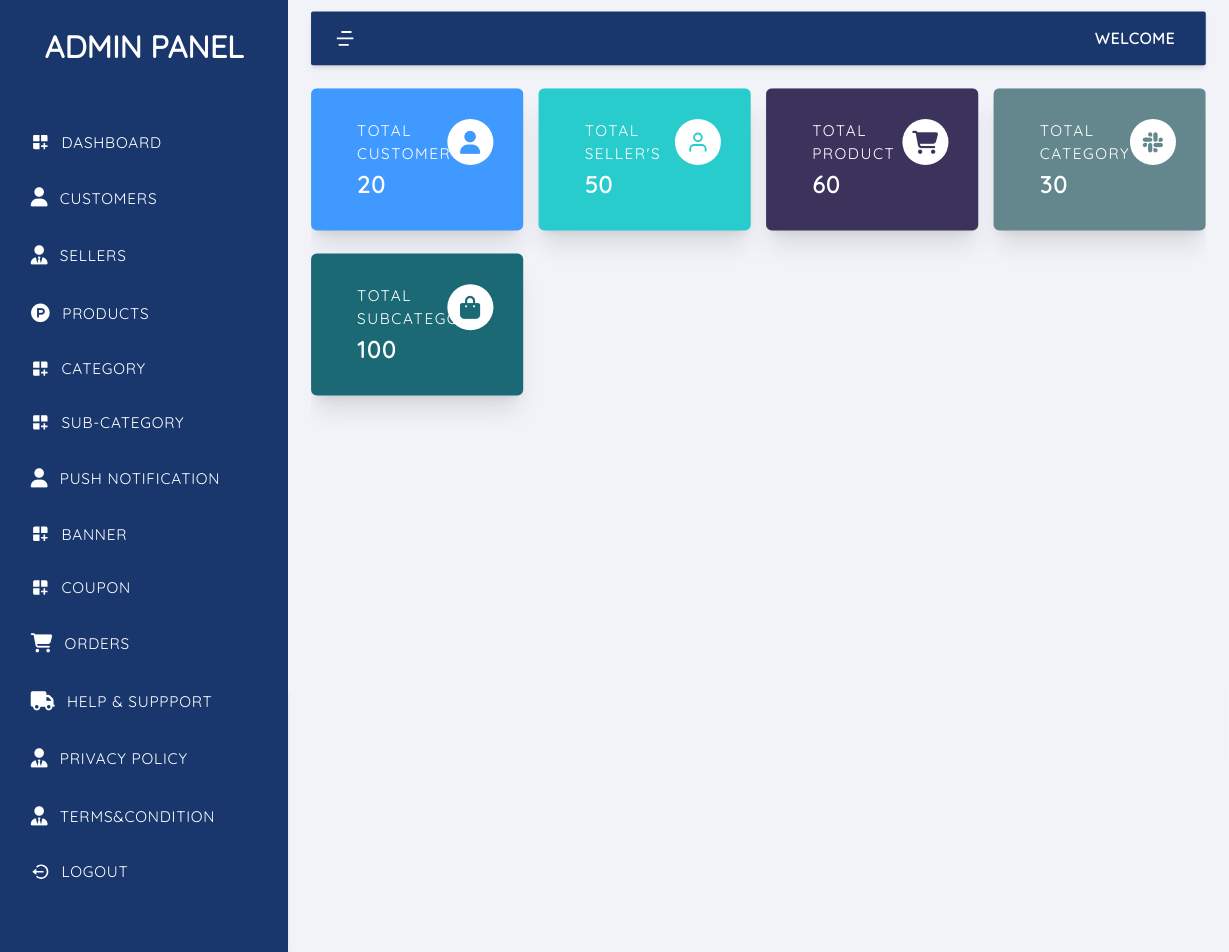
Repository: shishpal2000/admin.aschpro
Page: /dashboard
An editor plug-in stored every save of this project. The page is shown before and after the next save, followed by the edit.
The browser window is 1280 px wide. The pictures show the whole page, at 96% of full size.
Some web libraries are served in a nearby version. The project was rebuilt for these pictures with package versions that can differ from the ones it lists, and the page was loaded fresh each time. Also part of the build but not shown: src/E-CommerceAdmin/forms/Login.jsx, src/E-CommerceAdmin/pages/ECategory.js, src/E-CommerceAdmin/pages/EProduct.js, src/E-CommerceAdmin/pages/EVendorList.js, src/E-CommerceAdmin/pages/EAdminOrders.js, src/E-CommerceAdmin/pages/EAdminDelivery.js, src/E-CommerceAdmin/pages/EAdminCustomer.js, src/E-CommerceAdmin/pages/ESubCategory.js and 6 more. Imported but missing from the stored project, and not drawn on this page: src/E-CommerceAdmin/pages/Complaints, src/E-CommerceAdmin/pages/Component/SpinnerComp, src/E-CommerceAdmin/pages/EAdmin, src/E-CommerceAdmin/pages/EAdminProduct, src/E-CommerceAdmin/pages/ESingleProduct, src/E-CommerceAdmin/pages/GetMeThis, src/E-CommerceAdmin/pages/HelpSupport.

Above is the page before, as saved 2023-06-28 18:01:54.

### public/index.html
<!-- @format -->

<!DOCTYPE html>
<html lang="en">
  <head>
    <meta charset="utf-8" />
    <meta name="viewport" content="width=device-width, initial-scale=1" />
    <meta name="theme-color" content="#000000" />
    <meta
      name="description"
      content="Web site created using create-react-app"
    />
    <link rel="icon" href="%PUBLIC_URL%/favicon.png" />
    <link rel="manifest" href="%PUBLIC_URL%/manifest.json" />
    <link rel="preconnect" href="https://fonts.googleapis.com" />
    <link rel="preconnect" href="https://fonts.gstatic.com" crossorigin />
    <link
      href="https://fonts.googleapis.com/css2?family=Roboto+Mono:ital,wght@1,300&display=swap"
      rel="stylesheet"
    />
    <link rel="preconnect" href="https://fonts.googleapis.com">
<link rel="preconnect" href="https://fonts.gstatic.com" crossorigin>
<link href="https://fonts.googleapis.com/css2?family=Quicksand&display=swap" rel="stylesheet">
    <title>Subharambh</title>
  </head>
  <body>
    <noscript>You need to enable JavaScript to run this app.</noscript>
    <div id="root"></div>
    <script src="https://code.jquery.com/jquery-3.6.0.min.js"></script>
    <script
      src="https://kit.fontawesome.com/b533b351e4.js"
      crossorigin="anonymous"
    ></script>
    <script
      type="module"
      src="https://unpkg.com/ionicons@7.1.0/dist/ionicons/ionicons.esm.js"
    ></script>
    <script
      nomodule
      src="https://unpkg.com/ionicons@7.1.0/dist/ionicons/ionicons.js"
    ></script>
  </body>
</html>

### src/index.js
import React from "react";
import ReactDOM from "react-dom/client";
import "./index.css";
import App from "./App";
import { BrowserRouter } from "react-router-dom";
import 'bootstrap/dist/css/bootstrap.min.css'

const root = ReactDOM.createRoot(document.getElementById("root"));
root.render(
  <React.StrictMode>
    <BrowserRouter>
      <App />
    </BrowserRouter>
  </React.StrictMode>
);

### src/index.css
/** @format */

@tailwind base;
@tailwind components;
@tailwind utilities;

@import url("https://fonts.googleapis.com/css2?family=Roboto+Mono:ital,wght@1,300&display=swap");
@font-face {
  font-family: Roboto;
  src: url("./Fonts/Poppins-LightItalic.ttf");
}

body {
  margin: 0;
  font-family: Quicksand !important;
  -webkit-font-smoothing: antialiased;
  -moz-osx-font-smoothing: grayscale;
}

code {
  font-family: Quicksand !important;
}

html {
  font-family: Quicksand !important;
}

::-webkit-scrollbar {
  width: 10px;
}
.fa-trash {
  color: red;
  cursor: pointer;
}

.iCOn {
  transition: 0.5s;
  box-shadow: none;
  transform: scale(1);
}
.cardDiv {
  cursor: pointer;
}

.cardDiv:hover .iCOn {
  box-shadow: rgba(0, 0, 0, 0.35) 0px 5px 15px;
  transform: scale(1.3);
}

/* Track */
::-webkit-scrollbar-track {
  background: #f1f1f1;
}

/* Handle */
::-webkit-scrollbar-thumb {
  background: #888;
}

/* Handle on hover */
::-webkit-scrollbar-thumb:hover {
  background: #555;
}
.profileImage {
  width: 100px;
}
.fa-eye {
  color: #029aff;
  cursor: pointer;
}
.fa-edit {
  cursor: pointer;
  color: blue;
}

.View {
  border: 1px solid black;
  width: 100%;
  padding: 10px;
}

.main-card--container {
  display: grid;
  grid-template-columns: repeat(3, minmax(300px, 500px));
  grid-gap: 50px;
  justify-content: space-around;
}
.card-container {
  margin: 25px 0 auto;
  box-shadow: rgba(0, 0, 0, 0.35) 0px 5px 15px;
  position: relative;
  display: grid;
  grid-template-columns: 1fr;
  justify-content: space-around;
  align-items: flex-start;
}

.myEdit:focus {
  box-shadow: rgba(0, 0, 0, 0.35) 0px 5px 15px;
}

.AstroLogin {
  color: #fff;
  background-color: #2b7a8e;
  padding: 10px;
  width: 380px;
  text-align: center;
  font-size: 20px;
  background: linear-gradient(to left, #2b7a8e 50%, #fff 50%) right;
  background-size: 200%;
  transition: 0.5s ease-out;
  border: 1px solid #2b7a8e;
  margin-top: 10px;
  text-transform: uppercase;
}
.AstroLogin:hover {
  background-position: left;
  color: #2b7a8e;
}

.EcommerceAdminLogin {
  color: #fff;
  background-color: #19376d;
  padding: 10px;
  width: 380px;
  text-align: center;
  font-size: 20px;
  background: linear-gradient(to left, #19376d 50%, #fff 50%) right;
  background-size: 200%;
  transition: 0.5s ease-out;
  border: 1px solid #19376d;
  margin-top: 10px;
  text-transform: uppercase;
}

.EcommerceAdminLogin:hover {
  background-position: left;
  color: #19376d;
}
.EcommerceVendorLogin {
  color: #fff;
  background-color: #576cbc;
  padding: 10px;
  width: 380px;
  text-align: center;
  font-size: 20px;
  background: linear-gradient(to left, #576cbc 50%, #fff 50%) right;
  background-size: 200%;
  transition: 0.5s ease-out;
  border: 1px solid #576cbc;
  margin-top: 10px;
  text-transform: uppercase;
}

.EcommerceVendorLogin:hover {
  background-position: left;
  color: #576cbc;
}

.view {
  background-color: #2196f3;
  color: #fff;
  width: 50%;
  padding: 5px;
}

.two-sec {
  display: flex;
  justify-content: space-evenly;
  justify-content: space-evenly;
}
.two-sec .left {
  width: 60%;
  background-color: #f6f1ef;
  padding: 20px;
}
.two-sec .left .head {
  font-size: 25px;
  font-weight: bold;
}

.two-sec .right {
  width: 30%;
  background-color: #f6f1ef;
}

.searchDiv {
  width: 100%;
  display: flex;
  gap: 10px;
  border: 1px solid rgb(179, 179, 179);
  padding: 10px;
  margin-bottom: 20px;
  align-items: center;
}
.searchDiv input {
  width: 94%;
  outline: none;
  border: none;
}

.flexCont {
  display: flex;
  align-items: center;
  gap: 10px;
}
.flexCont img {
  width: 60px;
  background-color: #e9ecef;
}

.blockContent {
  display: block;
}
.blockContent p {
  margin: 0;
}

.checkBox {
  width: 50px;
  height: 25px;
  background-color: #e9ecef;
  border-radius: 50px;
  position: relative;
  cursor: pointer;
}
.checkBox span {
  width: 20px;
  height: 20px;
  border-radius: 100%;
  background-color: #fff;
  position: absolute;
  left: 5px;
  top: 2px;
}
.ActivecheckBox {
  width: 50px;
  height: 25px;
  background-color: #0d6efd;
  border-radius: 50px;
  position: relative;
  cursor: pointer;
}
.ActivecheckBox span {
  width: 20px;
  height: 20px;
  border-radius: 100%;
  background-color: #fff;
  position: absolute;
  right: 5px;
  top: 2px;
}

.fa-eye {
  color: #0cba73;
  text-align: center;
}

.fa-pen-to-square {
  color: #f4c39c;
  text-align: center;
  cursor: pointer;
}
.fa-trash {
  color: #df939f;
  text-align: center;
}

.required {
  color: #e74260;
}

.headP {
  margin-left: 2%;
  color: #7b7c7d;
}
.headP a{
  color: #7b7c7d;
}
.filterBox {
  display: flex;
  align-items: center;
  gap: 10px;
  border-bottom: 1px solid #d4d7dc;
  padding-bottom: 20px;
  margin-bottom: 20px;
}
.filterBox img {
  width: 30px;
}
.filterBox input {
  width: 100%;
  border: 1px solid #d4d7dc;
  outline: none;
  padding: 5px;
  color: black;
}
.sectionCont {
  width: 98%;
  background-color: #fff;
  margin-left: 2%;
  padding: 20px;
}

.overFlowCont {
  width: 100%;
  overflow-x: auto;
}

.logo {
  width: auto;
  margin-bottom: 20px;
}

.updateProfile {
  margin-left: 20px;
  border: 1px solid #fff;
  border-radius: 100%;
  font-size: 1.2rem;
  padding: 10px;
  transition: 0.5s;
  cursor: pointer;
}
.updateProfile:hover {
  border: 1px solid #19376d;
  color: #19376d;
  background-color: #fff;
}

.Normalbtn {
  background-color: #19376d !important;
  border: 1px solid #19376d !important;
  border-radius: 0px !important;
}

.ImageCarousel {
  width: 150px !important;
  margin: 0px !important;
  height: 150px !important;
}
.CarouselImages {
  width: 150px !important;
  height: 150px !important;
}
.CarouselImages img {
  width: 100% !important;
  height: 100% !important;
}

.ModalCarousel {
  width: 100% !important;
  height: 500px !important;
}
.ModalCarousel {
  width: 100% !important;
  height: 500px !important;
}
.ModalCarousel img {
  width: 100% !important;
  height: 500px !important;
}

.gridCont {
  display: grid;
  grid-template-columns: auto auto auto;
  justify-content: space-evenly;
}
.gridCont div {
  width: 400px;
  height: 100%;
  box-shadow: rgba(0, 0, 0, 0.35) 0px 5px 15px;
  padding: 10px;
  margin-top: 20px;
  display: flex;
  justify-content: space-between;
  flex-direction: column;
}
.gridCont div img {
  width: 100%;
}
.delete-Btn {
  width: 90%;
  margin-left: 5%;
  color: #c44b3f;
  border: 1px solid #c44b3f;
  transition: 0.5s;
  padding: 10px;

}

.delete-Btn:hover {
  background-color: #c44b3f;
  color: #fff;
}

.BannerCarousel {
  width: 300px;
  margin: 0px !important;
}
.BannerCarouselImage {
  width: 300px;
}
.BannerCarouselImage img {
  width: 100%;
}

.pagination {
  display: flex;
  justify-content: center;
  align-items: center;
  gap: 10px;
  margin-bottom: 20px;
}
.pagination button {
  border: 1px solid black;
  padding: 10px;
}

.activePage {
  background-color: #19376d;
  color: #fff;
  border: 1px solid #19376d !important;
}

.active {
  background-color: #fff;
  color: #19376d !important;
}
.prevBtn {
  background-color: #fff;
  color: #19376d;
  border: 1px solid #19376d !important;
  transition: 0.5s;
}

.prevBtn:hover,
.prevBtn:focus,
.prevBtn:active {
  background-color: #19376d;
  color: #fff;
  border: 1px solid #19376d !important;
}
.nextBtn {
  background-color: #fff;
  color: #19376d;
  border: 1px solid #19376d !important;
  transition: 0.5s;
}

.nextBtn:hover,
.nextBtn:focus,
.nextBtn:active {
  background-color: #19376d;
  color: #fff;
  border: 1px solid #19376d !important;
}

.dangerBox {
  position: relative;
}
.dangerBox i {
  position: absolute;
  top: 50%;
  left: 90%;
  transform: translate(-50%, -50%);
  cursor: pointer;
}

.fa-ellipsis-vertical {
  cursor: pointer;
}

.two_Sec_Div {
  display: flex;
  align-items: center;
  gap: 10px;
}
.two_Sec_Div a {
  color: #000;
  text-decoration: none;
}
.two_Sec_Div p {
  margin: 0;
  font-family: Quicksand;
  font-weight: 600;
  font-size: 16px;
}
.Detail_Section {
  display: flex;
  justify-content: space-evenly;
  gap: 20px;
}
.Detail_Section .Left_Cont {
  width: 30%;
}
.Detail_Section .Left_Cont img {
  display: block;
  margin: auto;
}
.Detail_Section .right_Cont {
  width: 60%;
}
.Detail_Section .right_Cont .Head {
  text-transform: capitalize;
  font-weight: 700;
}
.Detail_Section .right_Cont .Rating {
  display: flex;
  gap: 10px;
  align-items: center;
}
.Detail_Section .right_Cont .Rating .rat {
  font-weight: 600;
  color: #555;
}
.Detail_Section .right_Cont .two_Sec{
  display: flex;
  gap: 20px;
  align-items: center;
}
.Detail_Section .right_Cont .two_Sec .first{
  font-size: 25px;
  font-weight: 800;
}
.Detail_Section .right_Cont .two_Sec .second{
  font-size: 16px;
  text-decoration: line-through;
  font-weight: 600;
  color: #7b7c7d;

}
.Detail_Section .right_Cont ul{
  list-style-type: disc;
}

### src/E-CommerceAdmin/pages/Dashboard.jsx
/** @format */

import React, { useEffect, useState } from "react";
import { FiUser } from "react-icons/fi";
import HOC from "../layout/HOC";
import { useNavigate } from "react-router-dom";

const Dashboard = () => {
  const navigate = useNavigate();




  const card = [
    {
      progress: "bg-green-400",
      title: "Total Customer's",
      number: 20,
      icon: (
        <i
          className="fa-solid fa-user text-2xl"
          style={{ color: "#4099ff" }}
        ></i>
      ),
      bg: "#4099ff",
      link: "/Customer",
    },
    {
      progress: "bg-green-400",
      title: "Total Seller's",
      number: 50,
      icon: <FiUser className="text-2xl text-[#29cccc]" />,
      bg: "#29cccc",
      link: "/Admin",
    },
    {
      progress: "bg-green-400",
      title: "total Product",
      number: 60,
      icon: <i class="fa-solid fa-cart-shopping text-2xl text-[#3c335d]"></i>,
      bg: "#3c335d",
      link: "/Product",
    },
    {
      progress: "bg-green-400",
      title: "total category",
      number: 30,
      icon: <i className=" fa-brands fa-slack text-2xl text-[#64878e]"></i>,
      bg: "#64878e",
      link: "/Category",
    },

    {
      progress: "bg-green-400",
      title: "total subcategory",
      number: 100,
      icon: (
        <i className=" fa-solid fa-bag-shopping text-2xl text-[#1b6975]"></i>
      ),
      bg: "#1b6975",
      link: "/Orders",
    },
  ];
  return (
    <>
      <section className="grid md:grid-cols-4 grid-cols-2 gap-y-6 gap-x-4">
        {card.map((card, index) => {
          return (
            <div
              className="px-5 py-8 bg-slate-200 space-y-2 shadow-xl flex flex-col  rounded-md cardDiv"
              key={index}
              style={{
                backgroundColor: `${card.bg}`,
                textTransform: "uppercase",
              }}
              onClick={() => navigate(`${card.link}`)}
            >
              <div className="grid  justify-between grid-cols-4">
                <div className="flex flex-col col-span-3 space-y-1">
                  <span
                    className="tracking-widest text-gray-900"
                    style={{ color: "#fff" }}
                  >
                    {card.title}
                  </span>
                  <span
                    className="tracking-wider text-gray-700 text-xl md:text-2xl font-semibold"
                    style={{ color: "#fff" }}
                  >
                    {card.number}
                  </span>
                </div>
                <div className="flex rounded-full w-10 h-10 sm:w-12 sm:h-12 bg-white justify-center items-center iCOn">
                  {card.icon}
                </div>
              </div>
            </div>
          );
        })}
      </section>
    </>
  );
};

export default HOC(Dashboard);

### src/E-CommerceAdmin/layout/HOC.jsx
/** @format */

import React, { useState } from "react";
import Navbar from "./Navbar";
import Sidebar from "./Sidebar";

const HOC = (Wcomponenet) => {
  return function Component() {
    const [hamb, setHamb] = useState(false);
    return (
      <>
        <section
          className="flex overflow-x-hidden relative "
          style={{ backgroundColor: "#f2f3f8" }}
        >
          {/* Sidebar */}
          <div
            className={
              hamb
                ? " absolute top-0 z-30 md:w-auto shadow-md bg-slate-200  w-60 transition-all md:-left-full left duration-150  h-auto overflow-y-auto  left-0 "
                : " md:w-72 z-30 bg-slate-200  shadow-md  md:static absolute top-0 -left-full   transition-all duration-150  overflow-y-auto h-auto"
            }
            style={{ minWidth: "300px" }}
          >
            <Sidebar hamb={hamb} setHamb={setHamb} />
          </div>
          {/* Components & Navbar */}
          <div
            className={
              hamb
                ? " transition-all px-4 py-2  duration-150 w-full h-screen"
                : " w-full h-screen  px-4 py-2   z-50 transition-all duration-150 "
            }
            style={{ backgroundColor: "#f2f3f8" }}
          >
            <Navbar hamb={hamb} setHamb={setHamb} />
            <div className="my-6 text-#000 h-[87%] wcomp overflow-y-auto">
              {" "}
              <Wcomponenet />
            </div>
          </div>
        </section>
      </>
    );
  };
};

export default HOC;

### src/E-CommerceAdmin/layout/Navbar.jsx
/** @format */

import { RiMenu4Line } from "react-icons/ri";

const Navbar = ({ hamb, setHamb }) => {
  const AdminName = localStorage.getItem("AdminName")
  return (
    <>
      <div
        className={
          hamb
            ? "flex  w-full justify-between  my-1 rounded-sm  p-4 py-3 shadow-md items-center  bg-slate-200 space-x-4"
            : "flex  w-full justify-between my-1 rounded-sm  p-4 py-3 shadow-md items-center  bg-slate-200 space-x-4"
        }
        style={{ backgroundColor: "#19376d" }}
      >
        <RiMenu4Line
          onClick={() => setHamb(!hamb)}
          className="text-2xl font-bold text-gray-900 hover:scale-90 cursor-pointer"
          style={{ color: "#fff" }}
        />

        <section className="flex sm:ml-auto justify-end sm:w-full items-center space-x-2  pr-2">
          <figcaption className="tracking-wider pl-1 font-semibold">
            <div
              className="lg:text-base text-sm text-gray-900  uppercase"
              style={{ color: "#fff" }}
            >
              Welcome {AdminName}
            </div>
          </figcaption>
        </section>
      </div>
    </>
  );
};

export default Navbar;

### src/E-CommerceAdmin/layout/Sidebar.jsx
/** @format */

import React from "react";
import { RiCloseLine } from "react-icons/ri";
import { Link, useNavigate } from "react-router-dom";
import { BiLogOutCircle } from "react-icons/bi";
import { MdDashboardCustomize } from "react-icons/md";

const Sidebar = ({ hamb, setHamb }) => {
  const navigate = useNavigate();

  const nav = [
    {
      icon: <MdDashboardCustomize className="text-xl mr-3 rounded-full " />,
      link: "/dashboard ",
      name: "Dashboard",
    },

    {
      icon: (
        <i className="fa-solid fa-user text-xl mr-3 rounded-full"></i>
      ),
      link: "/Customer",
      name: "Customers",
    },
    {
      icon: <i className="fa-solid fa-user-tie text-xl mr-3 rounded-full"></i>,
      link: "/VendorList",
      name: "Sellers",
    },
    {
      icon: (
    <i className="fa-brands fa-product-hunt text-xl mr-3 rounded-full"></i>
      ),
      link: "/Product",
      name: "Products",
    },
    {
      icon: <MdDashboardCustomize className="text-xl mr-3 rounded-full " />,
      link: "/Category",
      name: "Category",
    },

    {
      icon: <MdDashboardCustomize className="text-xl mr-3 rounded-full " />,
      link: "/SubCategory",
      name: "Sub-Category",
    },
    {
      icon: <i className="fa-solid fa-user text-xl mr-3 rounded-full"></i>,
      link: "/pushNotification",
      name: "Push Notification",
    },

    {
      icon: <MdDashboardCustomize className="text-xl mr-3 rounded-full " />,
      link: "/banner",
      name: "Banner",
    },
    {
      icon: <MdDashboardCustomize className="text-xl mr-3 rounded-full " />,
      link: "/coupon",
      name: "Coupon",
    },

    {
      icon: (
        <i className="fa-solid fa-cart-shopping text-xl mr-3 rounded-full"></i>
      ),
      link: "/Orders",
      name: "Orders",
    },

    {
      icon: <i className="fa-solid fa-truck  text-xl mr-3 rounded-full"></i>,
      link: "/Support",
      name: "Help & Suppport",
    },


    {
      icon: <i className="fa-solid fa-user-tie text-xl mr-3 rounded-full"></i>,
      link: "/privacy",
      name: "Privacy Policy",
    },
    {
      icon: <i className="fa-solid fa-user-tie text-xl mr-3 rounded-full"></i>,
      link: "/terms",
      name: "Terms&Condition",
    }
  ];

  const logOut = () => {
    localStorage.clear()
    navigate("/");
  };

  return (
    <>
      <aside
        className="p-4 h-auto"
        style={{ backgroundColor: "#19376d", minHeight: "100vh" }}
      >
        {/* Top */}
        <div className="w-full md:hidden relative  p-2 mb-4">
          <RiCloseLine
            onClick={() => setHamb(!hamb)}
            className="text-3xl  absolute top-2 sm:hover:rotate-[228deg] transition-transform font-bold right-2 sm:hover:text-[22px] text-[rgb(241,146,46)] cursor-pointer"
          />
        </div>{" "}
        <figure className="flex  flex-col items-center">
          <span
            className="font-bold text-[#fff]"
            style={{
              fontSize: "2rem",
              textAlign: "center",
              textTransform: "uppercase",
            }}
          >
            {" "}
            ADMIN PANEL
          </span>
        </figure>
        <nav className="py-6">
          {nav.map((nav) => {
            return (
              <Link
                to={nav.link}
                key={nav.name}
                className=""
                style={{ textDecoration: "none", textTransform: "uppercase" }}
              >
                <span
                  className="flex my-3 items-center cursor-pointer text-gray-900    tracking-wider p-2 rounded-sm"
                  style={{ color: "#FFF" }}
                >
                  {nav.icon} {nav.name}
                </span>
              </Link>
            );
          })}
          <span
            className="flex my-3 items-center cursor-pointer text-gray-900    tracking-wider p-2 rounded-sm"
            onClick={() => logOut()}
            style={{ color: "#FFF", textTransform: "uppercase" }}
          >
            <BiLogOutCircle className="text-xl mr-3 rounded-full " /> LogOut
          </span>
        </nav>
      </aside>
    </>
  );
};

export default Sidebar;

Loaded but not shown: tailwind.config.js (common file); src/App.js (54 lines, source omitted)

After the next save:
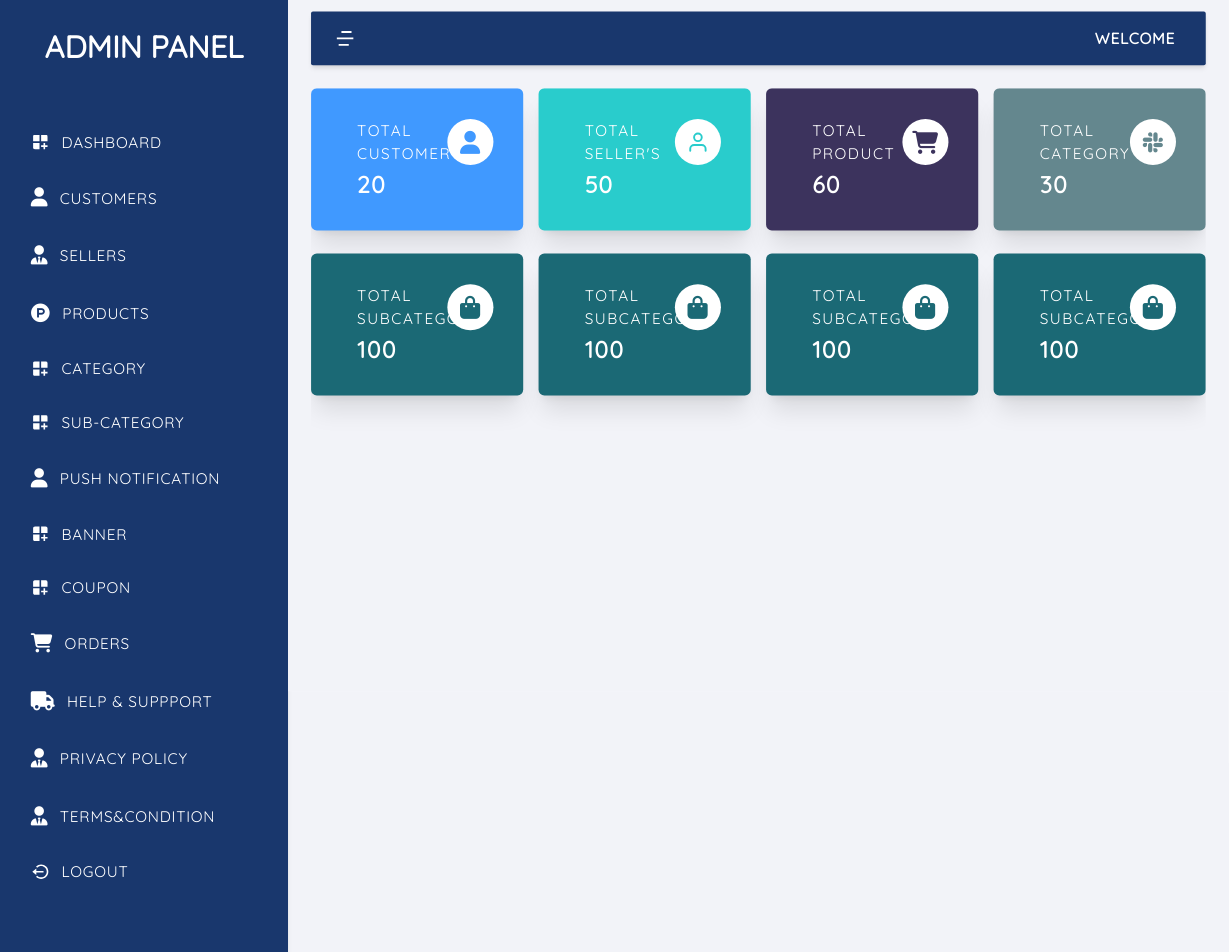
Saved 8 s later.
--- a/src/E-CommerceAdmin/pages/Dashboard.jsx
+++ b/src/E-CommerceAdmin/pages/Dashboard.jsx
@@ -60,6 +60,39 @@ const Dashboard = () => {
       bg: "#1b6975",
       link: "/Orders",
     },
+
+    {
+      progress: "bg-green-400",
+      title: "total subcategory",
+      number: 100,
+      icon: (
+        <i className=" fa-solid fa-bag-shopping text-2xl text-[#1b6975]"></i>
+      ),
+      bg: "#1b6975",
+      link: "/Orders",
+    },
+
+    {
+      progress: "bg-green-400",
+      title: "total subcategory",
+      number: 100,
+      icon: (
+        <i className=" fa-solid fa-bag-shopping text-2xl text-[#1b6975]"></i>
+      ),
+      bg: "#1b6975",
+      link: "/Orders",
+    },
+
+    {
+      progress: "bg-green-400",
+      title: "total subcategory",
+      number: 100,
+      icon: (
+        <i className=" fa-solid fa-bag-shopping text-2xl text-[#1b6975]"></i>
+      ),
+      bg: "#1b6975",
+      link: "/Orders",
+    },
   ];
   return (
     <>
